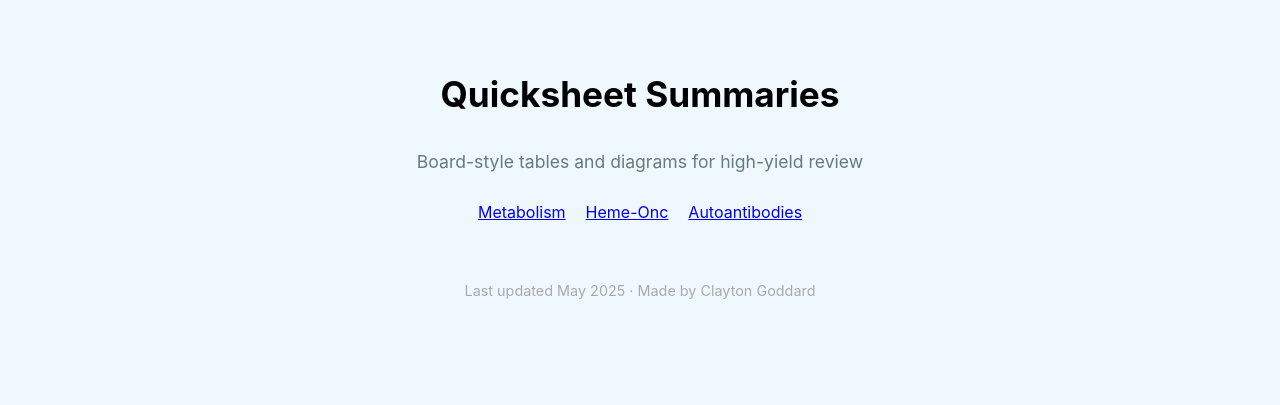
Repository: sharperdragon/STEVEL-1-Summaries
Page: index.html
An editor plug-in stored every save of this project. The page is shown before and after the next save, followed by the edit.
The browser window is 1280 px wide. The pictures show the whole page.

Above is the page before, as saved 2025-05-19 13:18:06.

### index.html
<!DOCTYPE html>
<html lang="en">
<head>
    <meta charset="UTF-8">
    <meta name="viewport" content="width=device-width, initial-scale=1.0">
    <title>Quicksheet Summaries</title>
    <link rel="stylesheet" href="/STEVEL-1-Summaries/static/style.css">
    <link rel="icon" href="/STEVEL-1-Summaries/subdex/metabolism.html">
</head>
<body>

<header style="text-align: center; margin-top: 40px;">
  <h1 style="font-size: 2.2em; color: var(--text-h1);">Quicksheet Summaries</h1>
  <p style="color: #657c7b; font-size: 1.1em;">Board-style tables and diagrams for high-yield review</p>
</header>

<section style="display: flex; flex-wrap: wrap; justify-content: center; margin-top: 30px; gap: 20px;">
  <a href="subdex/metabolism.html" class="summary-card">Metabolism</a>
  <a href="subdex/hemeonc.html" class="summary-card">Heme-Onc</a>
  <a href="subdex/autoantibodies.html" class="summary-card">Autoantibodies</a>
</section>


</body>

<footer style="text-align: center; margin-top: 60px; font-size: 0.9em; color: #aaa;">
  Last updated May 2025 · Made by Clayton Goddard
</footer>

### static/style.css
:root {
  --header-bg: #d0e5f5;
  --subheader-bg: #f7f9fa;
  --border-color: #ccd9e0;
  --strong-divider: #6c8ca3;
  --row-alt-bg: #fbfcfd;
  --text-color: #2a2a2a;
  --font: "Helvetica Neue", Helvetica, Arial, sans-serif;
  --base-font-size: 15px;
  --header-font-size: 18px;
}
body {max-width: 100vw;}

.autoantibody-table {
  max-width: 94vw;
  border-collapse: collapse;
  font-family: var(--font);
  color: var(--text-color);
  font-size: var(--base-font-size);
  border: 1px solid var(--border-color);
  border-radius: 10px;
  overflow: hidden;
  margin: 1vh 3vw 1vh 3vw;
  box-shadow: 0 2px 4px rgba(0, 0, 0, 0.04);
}

.autoantibody-table th,
.autoantibody-table td {
  padding: 10px 14px;
  border: 1px solid var(--border-color);
  vertical-align: top;
  text-align: left;
}

/* Header styling */
.autoantibody-table thead th {
  background-color: var(--header-bg);
  font-size: var(--header-font-size);
  font-weight: 600;
  text-align: center;
}

/* Alternate row background */
.autoantibody-table tbody tr:nth-child(even) {
  background-color: var(--row-alt-bg);
}

/* Strong divider between antibody (col 2) and condition (col 3) */
.autoantibody-table td:nth-child(2) {
  border-right: 3px solid var(--strong-divider);
}

/* Condition columns emphasis */
.autoantibody-table td:nth-child(1),
.autoantibody-table td:nth-child(3) {
  font-weight: 500;
  width: 20%;
}

/* Antibody columns can expand more */
.autoantibody-table td:nth-child(2),
.autoantibody-table td:nth-child(4) {
  width: 30%;
}

/* Bullet list formatting */
.autoantibody-table ul {
  margin: 0;
  padding-left: 18px;
}

.autoantibody-table li {
  margin: 2px 0;
}

/* Responsive font scaling — enlarged */
@media (max-width: 1024px) {
  :root {
    --base-font-size: 15px;
    --header-font-size: 17px;
  }
}

@media (max-width: 768px) {
  :root {
    --base-font-size: 14px;
    --header-font-size: 16px;
  }
}

@media (max-width: 480px) {
  :root {
    --base-font-size: 13px;
    --header-font-size: 15px;
  }
}
body {
    font-family: "Rubik", -apple-system, system-ui, BlinkMacSystemFont, Segoe UI, Roboto, Helvetica, Arial, sans-serif;
    margin: 20px;
    padding: 1px;
    max-width: -webkit-fill-available;
    background-color: aliceblue;
}

.container {
    max-width: 98vw;
    margin: 3% auto;
    padding: 2%;
    background: #ffffff;
    border-radius: 8px;
    box-shadow: 0 4px 6px rgba(0, 0, 0, 0.1);
    display: flex;
    flex-direction: column; /* Stacks items vertically */
    align-items: unset; /* Centers items horizontally */
    gap: 3px; /* Adds consistent spacing */
}

h1 {
    text-align: center;
    color: #333333;
    padding: 1%;
}

label {
    font-weight: bold;
    margin: 0;
    display: block;
    padding: 1px;
}

textarea {
    width: 95%;
    margin-bottom: 10px;
    min-height:150px;
    padding: 10px;
    border: 1px solid #ddd;
    border-radius: 8px;
    padding: 1%;
    max-width: -webkit-fill-available;
}

/* Fix all divs to maintain consistent height */
div {
    position: relative; /* Prevents hover effects from changing layout */

}

/* Button Styles */
button {
    background-color: #007bff;
    display: inline-flex;
    gap: 10px;
    color: white;
    border: none;
    padding: 10px 15px;
    border-radius: 15px;
    cursor: pointer;
    font-size: 105%;
    box-shadow: 0 5px 10px rgba(0, 0, 0, 0.2);
    transition: transform 0.2s ease, box-shadow 0.2s ease;
    position: relative; /* Lock button in place */
    box-sizing: border-box; /* Ensure padding and border don't affect size */
    z-index: 1; /* Ensure hover effects stay above other elements */
    margin: 10px;
}

/* Hover effect without shifting elements */
button:hover {
    background-color: #0c66c6;
    color: offwhite;
    box-shadow: 0 8px 12px rgba(0, 0, 0, 0.3);
    transform: translateY(2px); /* Hover effect without affecting layout */
}

div#selection_buttons {
    display: flex;
    justify-content: space-between;
    align-items: center;
    width: 95%;
    margin: 0 0 1px 0;
    margin-top: 4px;
}

#mode_section {
    position: absolute;  /* Fixed positioning */
    top: 2px;
    right: 4px;
    width: 75px;         /* 🔒 Lock width */
    height: 20px;         /* 🔒 Lock height */
    background-color: #f9fbff;
    border: 2px solid #cee1fe;
    border-radius: 8px;
    padding: 4px 7px;
    font-size: 95%;
    opacity: 0.6;
    transition: background-color 0.3s ease, opacity 0.3s ease;
    display: flex;
    align-items: center;
    justify-content: center;
    z-index: 200;
}

#mode_section:hover {
    opacity: 1;
    background-color: #e8f0ff;
    border-top-left-radius:0px;
    border-bottom-left-radius:0px;
    border-left: none;
}

#mode_section span {
    font-weight: bold;
    pointer-events: none; /* So only the container triggers hover */
}
/* Hide the options by default */
.options_container {
    display: none;
    position: absolute;
    top: -2px;  /* below the #mode_section */
    right: 89px;
    /* background-color: white; */
    box-shadow: 0 6px 10px rgba(0, 0, 0, 0.1);
    padding: 0px;
    border-radius: 8px;
    z-index: 300;
    flex-direction: column;
    gap: 0;
    object-fit:contain;
    /* min-width: 120px; */
}

/* Reveal on hover without affecting layout */
#mode_section:hover .options_container {
    display: flex;
    border-top-right-radius:0px;
    border: 1px solid #d0e3ff;
    overflow:hidden;
}

.field_option {
    position: relative;
    overflow: hidden;
    cursor: pointer;
    font-size: 16px;
    transition: background-color 0.2s ease, transform 0.1s ease;
    background-color: #ffffff;
    padding: 10px 14px;
    border-radius: 0px;
    box-shadow: 0 -px 8px rgba(0, 0, 0, 0.1);
    margin: 0.2px 0;
    width: 60px;
    overflow:hidden;
}

.field_option:hover {
    background-color: #e0ecff;
    overflow:hidden;
}

.field_option:active {
    background-color: #d0dcf5;
    transform: scale(0.96);
    overflow:hidden;
}

.selected_field_option {
    background-color: #b9cdf9 !important;
    color: #003366;
    font-weight: bold;
}




/* Container for question list */
div#question_list {
    display: flex;
    flex-wrap: wrap; /* Allow wrapping of items to next row */
    gap: 10px; /* Space between items */
    overflow-x: auto; /* Enable horizontal scrolling */
    overflow-y: hidden; /* Disable vertical overflow */
    width: 95%;
    padding: 10px;
    box-sizing: border-box;
    border: 1px solid #b7d7fa;
    border-radius: 10px;
    min-height: 100px; /* Set a fixed height */
    max-height:60vh;
    overflow:auto;
}

/* Styling for each individual label (checkbox item) */
#question_list label {
    display: flex;
    align-items: center;
    justify-content: flex-start;
    box-sizing: border-box;
    padding: 1px 2px;
    background-color: #f9f9f9;
    border: 1px solid #ddd;
    border-radius: 5px;
    cursor: pointer;
    width: fit-content; /* 10 questions per row, adjust the width accordingly */
    min-width: 230px;
    word-wrap: normal; /* Break long words if necessary */
    max-height: 38px;
    padding: 8px 2px;
}
#question_list label span.id {
    padding-right:4px;
}

/* Ensures the checkboxes and text are aligned correctly */
#question_list input[type="checkbox"] {
    margin-right: 10px; /* Space between checkbox and text */
}

/* Styling for the question number */
.number {
    margin-right: 8px; /* Adjust the space between the number and ID */
}

.id {
    opacity: 0.7; /* Maintain the desired opacity for the question ID */
}

#copy_button {
    margin-left: auto;
}


/* Updated history section */
div#history_section {
    display: flex;
    gap: 10px;
    align-items: flex-start;
    margin-bottom: 10px;
}

div#history_section > div {
    flex: 1;
}

div#history_section > div > label {
    margin: 0;
}

div#history_section > div > select {
    width: 100%;
}

#history_select {
    padding: 8px;
    font-size: 100%;
    border-radius: 8px;
    border: 1px solid #ddd;
    background-color: #fff;
    box-shadow: 0 2px 4px rgba(0,0,0,0.05);
    transition: border-color 0.3s ease, box-shadow 0.3s ease;
}

#history_select:focus {
    border-color: #007bff;
    outline: none;
    box-shadow: 0 0 5px rgba(0,123,255,0.5);
}

.input-history-wrapper {
    display: flex;
    flex-direction: column;
    gap: 8px;
    margin-bottom: 12px;
}

.sticky-history {
    position: static;
    z-index: auto;
    background-color: white;
    padding-top: 4px;
    padding-bottom: 8px;
}

.history-feedback {
    position: relative;
    right: 0;
    top: -10px;
    font-size: 14px;
    color: green;
    animation: floatUpFade 0.7s ease forwards;
    pointer-events: none;
    user-select: none;
    z-index: 1000;
    white-space: nowrap;
}

/* Subtle button press animation */
button:active {
    transform: translateY(1px);
    box-shadow: 0 3px 6px rgba(0, 0, 0, 0.2);
}

/* Make Clear History button a bit smaller and softer */
#clear_history_button {
    background: linear-gradient(to bottom, #ffffff, #f0f0f5);
    color: #007aff;
    border: 1px solid #d1d1d6;
    border-radius: 12px;
    font-weight: 500;
    font-size: 90%;
    padding: 6px 10px;
    cursor: pointer;
    transition: background 0.3s ease, transform 0.2s ease;
    margin-left: 5px;
    margin-top: 5px;
}

#clear_history_button:hover {
    background: #e5e5ea;
}

.ripple {
    position: relative;
    width: 10px;
    height: 10px;
    background: rgba(0, 123, 255, 0.4);
    opacity: 1;
    border-radius: 50%;
    transform: scale(0);
    animation: ripple-animation 0.6s linear;
    pointer-events: none;
    z-index: 0;
}

@keyframes ripple-animation {
    to {
        transform: scale(15);
        opacity: 0;
    }
}

.nav-link {
  margin: 0 10px;
  padding: 8px 12px;
  background-color: #d0e5f5;
  text-decoration: none;
  color: #333;
  border-radius: 6px;
  font-weight: 500;
}
.nav-link:hover {
  background-color: #add8e6;
}
.hidden-answer {
  background-color: #f4f4f4;
  color: transparent;
  cursor: pointer;
  user-select: none;
}
.hidden-answer:hover {
  background-color: #e0e0e0;
  color: #ccc;
}

After the next save:
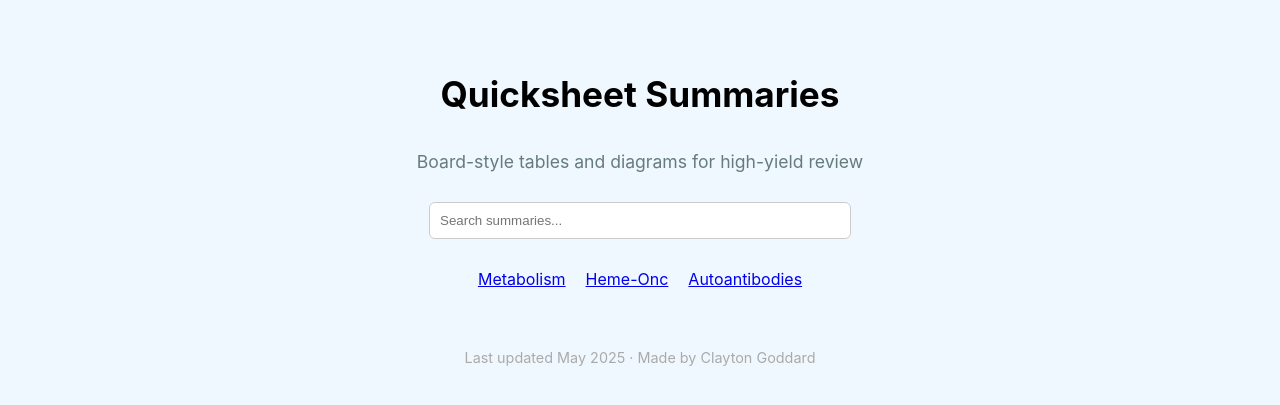
Saved 54 s later.
--- a/index.html
+++ b/index.html
@@ -13,7 +13,9 @@
   <h1 style="font-size: 2.2em; color: var(--text-h1);">Quicksheet Summaries</h1>
   <p style="color: #657c7b; font-size: 1.1em;">Board-style tables and diagrams for high-yield review</p>
 </header>
-
+<div style="text-align: center; margin-top: 30px;">
+  <input type="text" id="searchInput" placeholder="Search summaries..." onkeyup="filterCards()" style="padding: 10px; width: 60%; max-width: 400px; border: 1px solid #ccc; border-radius: 6px;">
+</div>
 <section style="display: flex; flex-wrap: wrap; justify-content: center; margin-top: 30px; gap: 20px;">
   <a href="subdex/metabolism.html" class="summary-card">Metabolism</a>
   <a href="subdex/hemeonc.html" class="summary-card">Heme-Onc</a>
